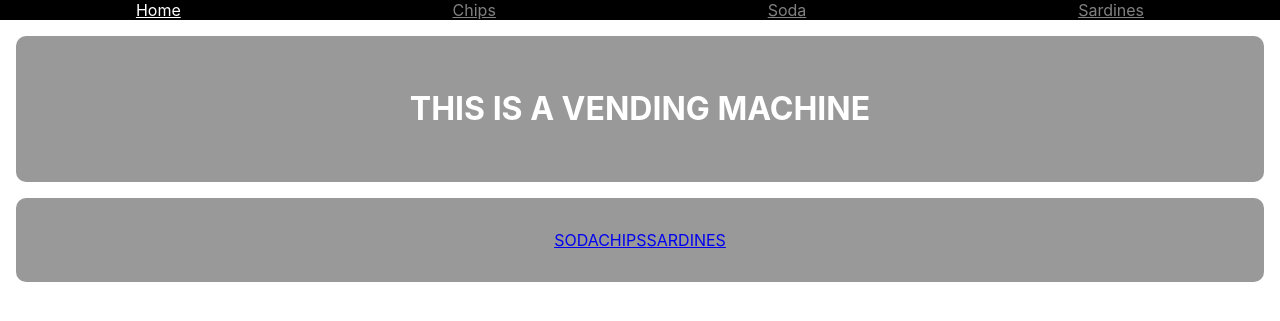
Repository: zhapar/vending-machine
Page: /
These files come from the project's save history. The page is drawn as it stood at one moment and after the next save; the edit follows.
The browser window is 1280 px wide. The pictures show the whole page.
The project was rebuilt for these pictures with package versions that can differ from the ones it lists, and the page was loaded fresh each time. Also part of the build but not shown: src/Chips.js, src/Sardines.js, src/Soda.js.

Above is the page before, as saved 2020-09-01 18:58:17.

After the next save:
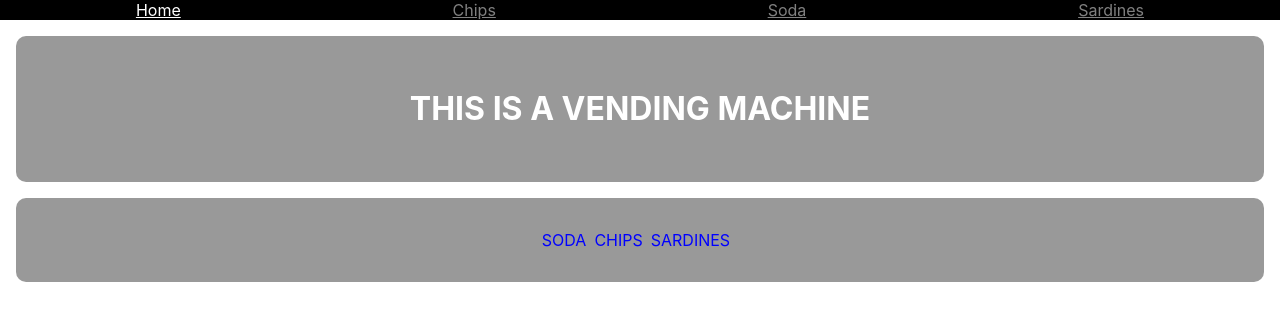
Saved 38 s later.
--- a/src/Message.css
+++ b/src/Message.css
@@ -7,3 +7,9 @@
   border-radius: 10px;
   text-align: center;
 }
+
+.Message a {
+  color: blue;
+  text-decoration: none;
+  margin-right: 0.5rem;
+}
